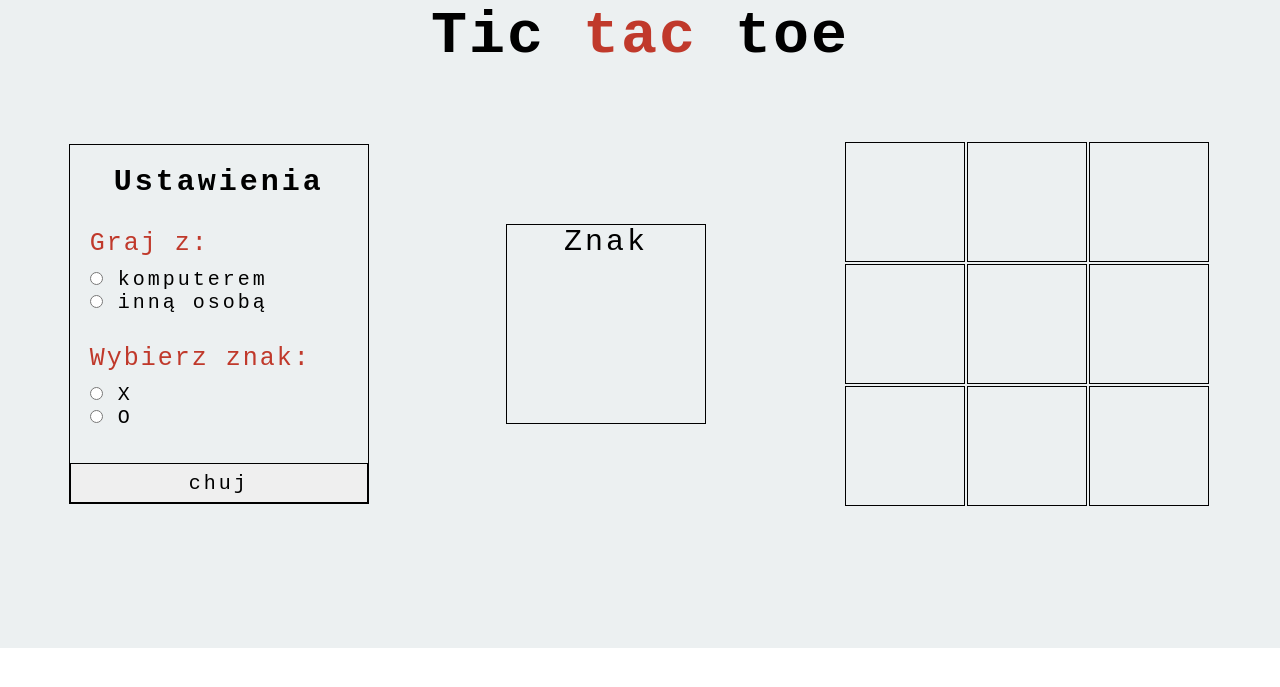
Repository: SebastianArmata22/Tic-Tac-Toe
Page: index.html
The author's editor kept a copy of each file at every save. The page is drawn from the files as they stood at one save, then again after the next save.
The browser window is 1280 px wide. The pictures show the whole page.
Some web fonts or font styles are not loaded; a fallback is used.

Above is the page before, as saved 2020-11-06 20:39:03.

After the next save:
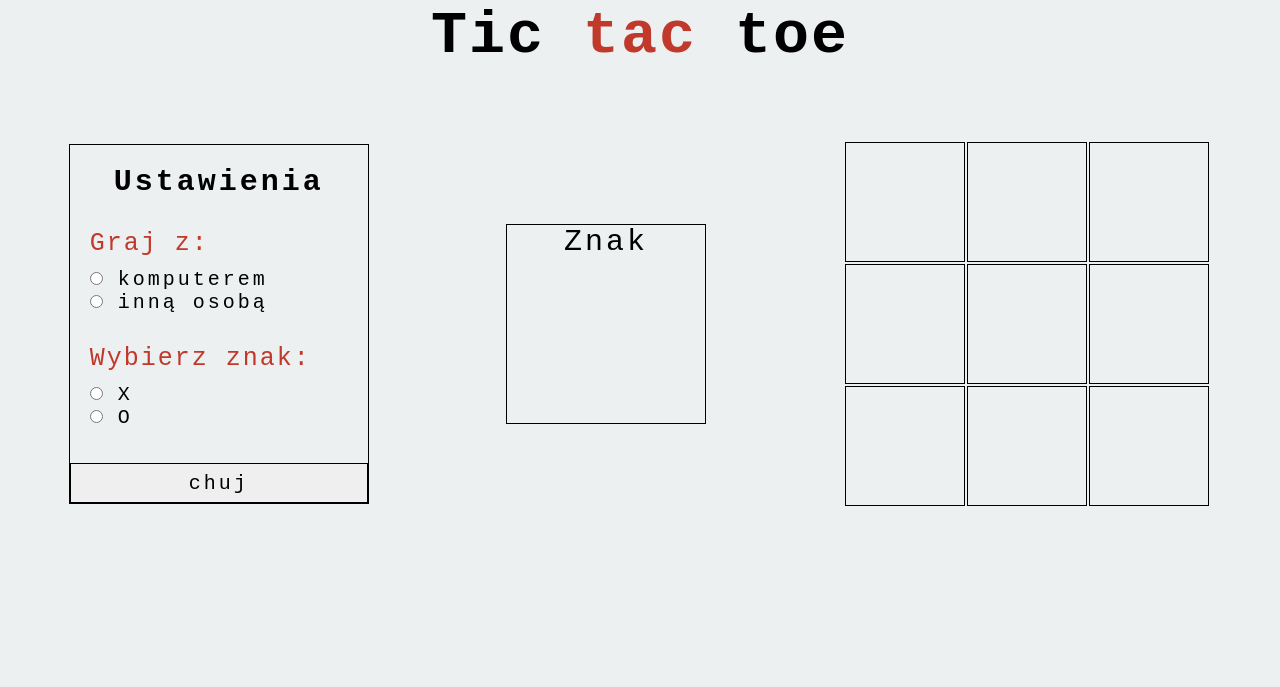
Saved 4 s later.
--- a/style.css
+++ b/style.css
@@ -106,6 +106,6 @@
     justify-content: center;
 }
 .win-div{
-    height: 10vh;
+    height: 20vh;
     background-color: #ecf0f1;
 }

After the save that followed:
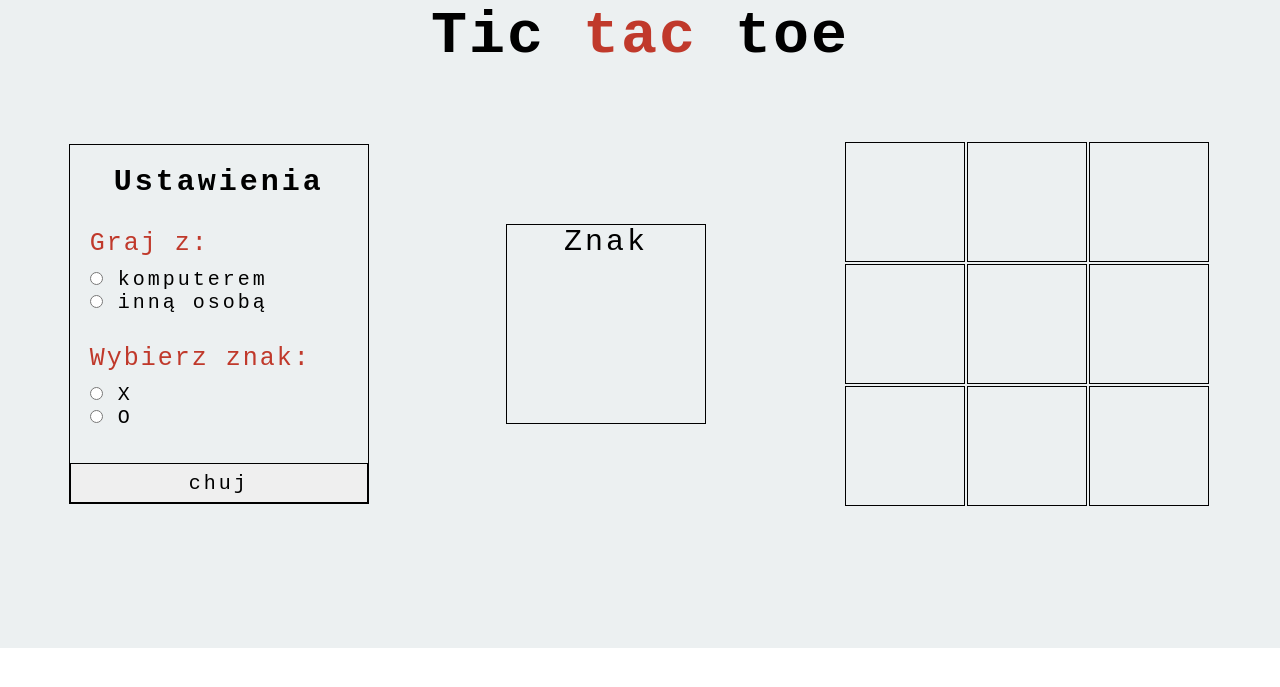
Saved 53 s later.
--- a/style.css
+++ b/style.css
@@ -5,7 +5,7 @@
     box-sizing: border-box;
     font-family: 'Syne Mono', monospace;
 }
-.inscription{
+.inscription, .win-div{
     height: 10vh;
     display: flex;
     align-items: center;
@@ -105,7 +105,3 @@
     align-items: center;
     justify-content: center;
 }
-.win-div{
-    height: 20vh;
-    background-color: #ecf0f1;
-}
